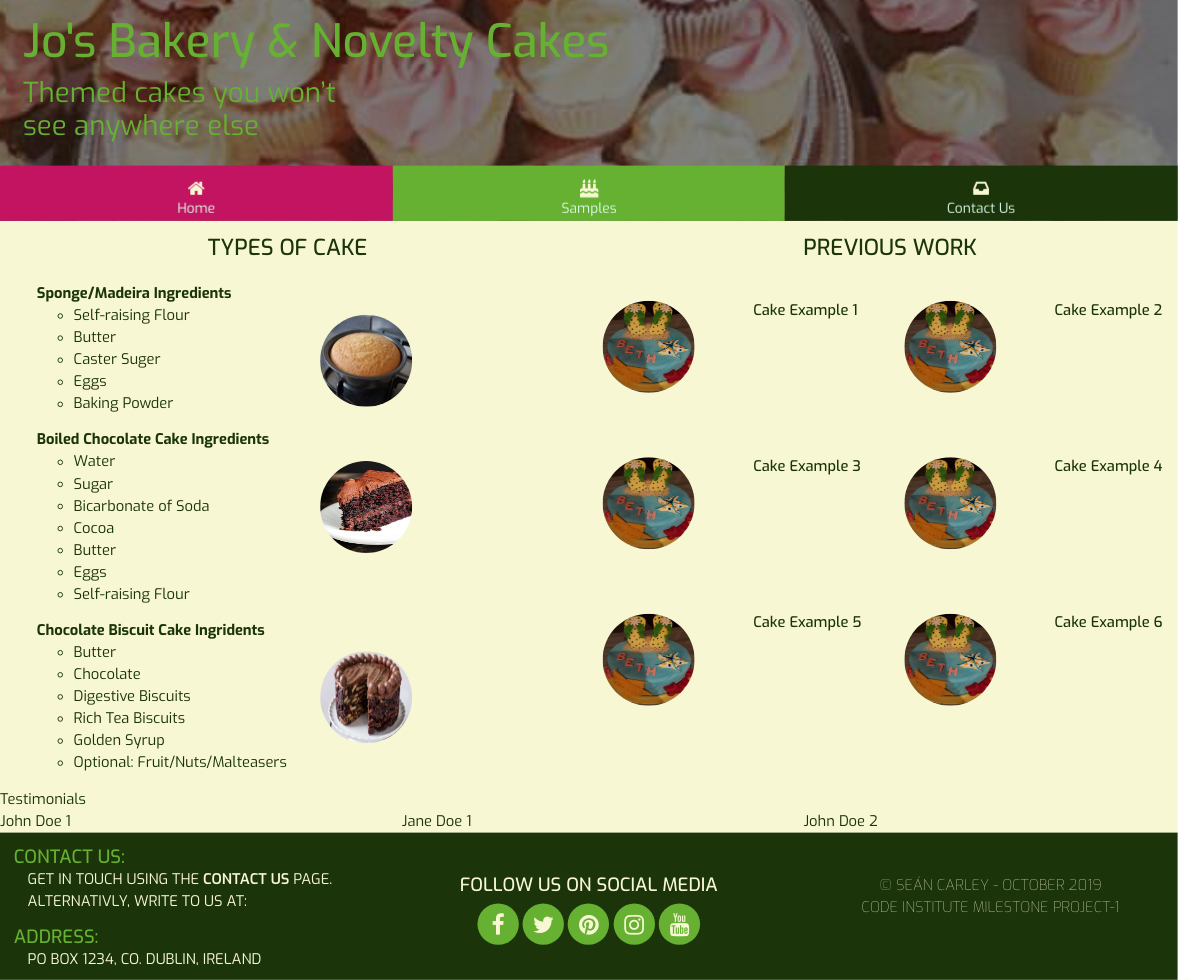
Repository: seanjcarley/Milestone1
Page: showcase.html
The author's editor kept a record of every edit. The page is drawn from the files as they stood at one moment, then again after the next edit.
The browser window is 1280 px wide. The page is 1295 px wide, so the pictures cover 1295 px, including what lies to the right of the window. The pictures show the whole page, at 92% of full size.

Above is the page before.
Console error: TypeError: Cannot read properties of undefined (reading 'fn')

### showcase.html
<!DOCTYPE html>
<html lang="en">

<head>
    <meta charset="UTF-8">
    <meta name="viewport" content="width=device-width, initial-scale=1.0 maximum-scale=1.0">
    <meta http-equiv="X-UA-Compatible" content="ie=edge">
    <link href="https://stackpath.bootstrapcdn.com/bootstrap/4.3.1/css/bootstrap.min.css" rel="stylesheet" integrity="sha384-ggOyR0iXCbMQv3Xipma34MD+dH/1fQ784/j6cY/iJTQUOhcWr7x9JvoRxT2MZw1T" crossorigin="anonymous">
    <script src="https://stackpath.bootstrapcdn.com/bootstrap/4.3.1/js/bootstrap.min.js" integrity="sha384-JjSmVgyd0p3pXB1rRibZUAYoIIy6OrQ6VrjIEaFf/nJGzIxFDsf4x0xIM+B07jRM" crossorigin="anonymous"></script>
    <script src="https://stackpath.bootstrapcdn.com/bootstrap/4.3.1/js/bootstrap.bundle.min.js" integrity="sha384-xrRywqdh3PHs8keKZN+8zzc5TX0GRTLCcmivcbNJWm2rs5C8PRhcEn3czEjhAO9o" crossorigin="anonymous"></script>
    <link href="https://stackpath.bootstrapcdn.com/font-awesome/4.7.0/css/font-awesome.min.css" rel="stylesheet" integrity="sha384-wvfXpqpZZVQGK6TAh5PVlGOfQNHSoD2xbE+QkPxCAFlNEevoEH3Sl0sibVcOQVnN" crossorigin="anonymous">
    <link rel="stylesheet" href="https://cdnjs.cloudflare.com/ajax/libs/hover.css/2.3.1/css/hover-min.css" type="text/css">
    <link rel="stylesheet" href="css/style.css">
    <title>Jo's Bakery and Novelty Cakes</title>
</head>

<body>
    <header class="container-fluid cake-image">
        <div class="opaque-overlay">&nbsp;</div>
        <div class="row no-gutters">
            <div class="col-12 page-header">
                <h1 class="name caps">Jo's Bakery & Novelty Cakes</h1>
                <h2 class="tag-line caps">Themed cakes you won’t<br/>see anywhere else</h2>
            </div>
        </div>
        <div class="row no-gutters">
            <div class="col">
                <ul id="nav" class="list-inline menucontainer">
                    <li class="col col-sm-4 menu-item-color-home list-inline-item menuitem">
                        <a class="hvr-sweep-to-right" href="index.html"><i class="fa fa-home" aria-hidden="true"></i><span>Home</span></a>
                    </li>
                    <li class="col col-sm-4 menu-item-color-samples list-inline-item menuitem">
                        <a class="hvr-sweep-to-right" href="showcase.html"><i class="fa fa-birthday-cake" aria-hidden="true"></i><span>Samples</span></a>
                    </li>
                    <li class="col col-sm-4 menu-item-color-contact list-inline-item menuitem">
                        <a class="hvr-sweep-to-right" href="contact.html"><i class="fa fa-inbox" aria-hidden="true"></i><span>Contact Us</span></a>
                    </li>
                </ul>
            </div>
        </div>
    </header>
    <section class="section-color">
        <div class="row">
            <div class="col-md-6 cake-types">
                <h4 class="types-header">Types of Cake</h4>
                <a href="#sponge" class="list-header mobile" data-toggle="modal">
                    Sponge/Madeira
                    <img src="images/sponge_maderia_cake.jpg" alt="Sponge-Cake" class="rounded-circle mr-3 mobile" height=100 width=100>
                </a>
                <a href="#boiled" class="list-header mobile" data-toggle="modal">
                    Boiled Chocolate Cake
                    <img src="images/boiled_choc_cake.jpg" alt="Boiled-Choc-Cake" class="rounded-circle mr-3 mobile" height=100 width=100>
                </a>
                <a href="#biscuit" class="list-header mobile" data-toggle="modal">
                    Chocolate Biscuit Cake
                    <img src="images/Choc_biscuit_cake.jpg" alt="Choc-Biscuit-Cake" class="rounded-circle mr-3 mobile" height=100 width=100>
                </a>
                <ul class="outer-list">
                    <li>
                        <div class="row list-row">
                            <div class="col-sm-6">
                                <a href="#sponge" class="list-header desktop" data-toggle="modal">Sponge/Madeira Ingredients</a>
                                <!--<button type="button" class="btn btn-primary" data-toggle="modal" data-target="#sponge">Sponge/Madeira Ingredients</button>-->
                                <ul class="desktop">
                                    <li>Self-raising Flour</li>
                                    <li>Butter</li>
                                    <li>Caster Suger</li>
                                    <li>Eggs</li>
                                    <li>Baking Powder</li>
                                </ul>
                            </div>
                            <div class="col-sm-6 type-image">
                                <img src="images/sponge_maderia_cake.jpg" alt="Sponge-Cake" class="rounded-circle mr-3 desktop" height=100 width=100>
                            </div>
                        </div>
                    </li>
                    <li>
                        <div class="row list-row">
                            <div class="col-sm-6">
                                <a href="#boiled" class="list-header desktop" data-toggle="modal">Boiled Chocolate Cake Ingredients</a>
                                <!--<button type="button" class="btn btn-secondary" data-toggle="modal" data-target="#boiled">Boiled Chocolate Cake Ingredients</button>-->
                                <ul class="desktop">
                                    <li>Water</li>
                                    <li>Sugar</li>
                                    <li>Bicarbonate of Soda</li>
                                    <li>Cocoa</li>
                                    <li>Butter</li>
                                    <li>Eggs</li>
                                    <li>Self-raising Flour</li>
                                </ul>
                            </div>
                            <div class="col-sm-6 type-image">
                                <img src="images/boiled_choc_cake.jpg" alt="Boiled-Choc-Cake" class="rounded-circle mr-3 desktop" height=100 width=100>
                            </div>
                        </div>
                    </li>
                    <li>
                        <div class="row list-row">
                            <div class="col-sm-6">
                                <a href="#biscuit" class="list-header desktop" data-toggle="modal">Chocolate Biscuit Cake Ingridents</a>
                                <!--<button type="button" class="btn btn-primary" data-toggle="modal" data-target="#biscuit">Chocolate Biscuit Cake Ingridents</button>-->
                                <ul class="desktop">
                                    <li>Butter</li>
                                    <li>Chocolate</li>
                                    <li>Digestive Biscuits</li>
                                    <li>Rich Tea Biscuits</li>
                                    <li>Golden Syrup</li>
                                    <li>Optional: Fruit/Nuts/Malteasers</li>
                                </ul>
                            </div>
                            <div class="col-sm-6 type-image">
                                <img src="images/Choc_biscuit_cake.jpg" alt="Choc-Biscuit-Cake" class="rounded-circle mr-3 desktop" height=100 width=100>
                            </div>
                        </div>
                    </li>
                </ul>
                </div>
                <div class="col-md-6 cake-images">
                    <div class="row">
                        <div class="col">
                            <!--Images-->
                            <h4 class="types-header">Previous Work</h4>
                        </div>
                    </div>
                    <div class="row cakes-prev">
                        <div class="col-md-3">
                            <img src="images/Kids-Bday-1.jpg" alt="Beach Cake" class="rounded-circle mr-3" height=100 width=100>
                        </div>
                        <div class="col-md-3">
                            <h6>Cake Example 1</h6>
                        </div>
                        <div class="col-md-3">
                            <img src="images/Kids-Bday-1.jpg" alt="Beach Cake" class="rounded-circle mr-3" height=100 width=100>
                        </div>
                        <div class="col-md-3">
                            <h6>Cake Example 2</h6>
                        </div>
                    </div>
                    <div class="row cakes-prev">
                        <div class="col-md-3">
                            <img src="images/Kids-Bday-1.jpg" alt="Beach Cake" class="rounded-circle mr-3" height=100 width=100>
                        </div>
                        <div class="col-md-3">
                            <h6>Cake Example 3</h6>
                        </div>
                        <div class="col-md-3">
                            <img src="images/Kids-Bday-1.jpg" alt="Beach Cake" class="rounded-circle mr-3" height=100 width=100>
                        </div>
                        <div class="col-md-3">
                            <h6>Cake Example 4</h6>
                        </div>
                    </div>
                    <div class="row cakes-prev">
                        <div class="col-md-3">
                            <img src="images/Kids-Bday-1.jpg" alt="Beach Cake" class="rounded-circle mr-3" height=100 width=100>
                        </div>
                        <div class="col-md-3">
                            <h6>Cake Example 5</h6>
                        </div>
                        <div class="col-md-3">
                            <img src="images/Kids-Bday-1.jpg" alt="Beach Cake" class="rounded-circle mr-3" height=100 width=100>
                        </div>
                        <div class="col-md-3">
                            <h6>Cake Example 6</h6>
                        </div>
                    </div>
                </div>
                </div>
                <div class="row">
                    <div class="col">Testimonials</div>
                </div>
                <div class="row">
                    <div class="col-md-4">
                        John Doe 1
                    </div>
                    <div class="col-md-4">
                        Jane Doe 1
                    </div>
                    <div class="col-md-4">
                        John Doe 2
                    </div>
                </div>
    </section>
    <footer class="footer-color">
        <div class="row">
            <div class="col-md-4">
                <!--<h1>FOOTER1</h1>-->
                <h5 class="footer-h5 uppercase">Contact us: </h5>
                <p class="footer-text uppercase">Get in touch using the <a href="contact.html"><span class="bold">Contact us</span></a> page. Alternativly, write to us at:</p>
                <h5 class="footer-h5 uppercase">Address: </h5>
                <p class="footer-address uppercase">
                    PO Box 1234,
                    <!--<br/>-->
                    Co. Dublin,
                    <!--<br/>-->
                    Ireland
                </p>
            </div>
            <div class="col-md-4 social">
                <!--<h1>FOOTER2</h1>-->
                <h5 class="uppercase">Follow us on Social Media</h5>
                <ul class="list-inline social-icons">
                    <li class="list-inline-item socialitem">
                        <a target="_blank" href="#">
                            <i class="fa fa-facebook" aria-hidden="true"></i>
                            <span class="sr-only">Facebook</span> <!-- This will be read by a screen reader. It does not show on the page -->
                        </a>
                    </li>
                    <li class="list-inline-item socialitem">
                        <a target="_blank" href="#">
                            <i class="fa fa-twitter" aria-hidden="true"></i>
                            <span class="sr-only">Twitter</span> <!-- This will be read by a screen reader. It does not show on the page -->
                        </a>
                    </li>
                    <!--<li class="list-inline-item socialitem">
                        <a target="_blank" href="#">
                            <i class="fa fa-linkedin" aria-hidden="true"></i>
                            <span class="sr-only">LinkedIn</span>
                        </a>
                    </li>-->
                    <li class="list-inline-item socialitem">
                        <a target="_blank" href="#">
                            <i class="fa fa-pinterest" aria-hidden="true"></i>
                            <span class="sr-only">Pinterest</span> <!-- This will be read by a screen reader. It does not show on the page -->
                        </a>
                    </li>
                    <li class="list-inline-item socialitem">
                        <a target="_blank" href="#">
                            <i class="fa fa-instagram" aria-hidden="true"></i>
                            <span class="sr-only">Instagram</span> <!-- This will be read by a screen reader. It does not show on the page -->
                        </a>
                    </li>
                    <li class="list-inline-item socialitem">
                        <a target="_blank" href="#">
                            <i class="fa fa-youtube" aria-hidden="true"></i>
                            <span class="sr-only">YouTube</span> <!-- This will be read by a screen reader. It does not show on the page -->
                        </a>
                    </li>
                </ul>
            </div>
            <div class="col-md-4 copyrite uppercase">
                <!--<h1>FOOTER3</h1>-->
                &copy; Seán Carley - October 2019
                <br/> Code Institute Milestone Project-1
            </div>
        </div>
    </footer>
    <div class="modal" tabindex="-1" role="dialog" id="sponge">
        <div class="modal-dialog" role="document">
            <div class="modal-content">
                <div class="modal-header">
                    <h5 class="modal-title">Sponge/Madeira</h5>
                    <button type="button" class="close" data-dismiss="modal" aria-label="Close">
                        <span aria-hidden="true">&times;</span>
                    </button>
                </div>
                <div class="modal-body">
                    <ul class="mobile-modal">
                        <li>Self-raising Flour</li>
                        <li>Butter</li>
                        <li>Caster Suger</li>
                        <li>Eggs</li>
                        <li>Baking Powder</li>
                    </ul>
                    <ol>
                        <li>Preheat the oven to 180 degrees C / gas mark 4.</li>
                        <li>Measure all the ingredients into a large bowl.</li>
                        <li>Mix all of the ingredients using a electric whisk.</li>
                        <li>Pour the mixture into 2 non-stick 7 inch (18cm) tins.</li>
                        <li>Place them in the oven till golden brown 15-25 minutes.</li>
                        <li>Cool on a wire rack before serving.</li>
                    </ol>
                </div>
            </div>
        </div>
    </div>
    <div class="modal" tabindex="-1" role="dialog" id="boiled">
        <div class="modal-dialog" role="document">
            <div class="modal-content">
                <div class="modal-header">
                    <h5 class="modal-title">Boiled Chocolate Cake</h5>
                    <button type="button" class="close" data-dismiss="modal" aria-label="Close">
                        <span aria-hidden="true">&times;</span>
                    </button>
                </div>
                <div class="modal-body">
                    <ul class="mobile-modal">
                        <li>Water</li>
                        <li>Sugar</li>
                        <li>Bicarbonate of Soda</li>
                        <li>Cocoa</li>
                        <li>Butter</li>
                        <li>Eggs</li>
                        <li>Self-raising Flour</li>
                    </ul>
                    <ol>
                        <li>Place first five ingredients into a large saucepan.</li>
                        <li>Bring to the boil and simmer for 3 minutes.</li>
                        <li>Allow to cool slightly.</li>
                        <li>Add eggs and flour, and stir well.</li>
                        <li>Pour into a greased 20 cm cake pan.</li>
                        <li>Bake at 180C for 50 minutes.</li>
                        <li>Ice when cool if desired.</li>
                    </ol>
                </div>
            </div>
        </div>
    </div>
    <div class="modal bd-example-modal-sm" tabindex="-1" role="dialog" id="biscuit">
        <div class="modal-dialog" role="document">
            <div class="modal-content">
                <div class="modal-header">
                    <h5 class="modal-title">Chocolate Biscuit Cake</h5>
                    <button type="button" class="close" data-dismiss="modal" aria-label="Close">
                        <span aria-hidden="true">&times;</span>
                    </button>
                </div>
                <div class="modal-body">
                    <ul class="mobile-modal">
                        <li>Butter</li>
                        <li>Chocolate</li>
                        <li>Digestive Biscuits</li>
                        <li>Rich Tea Biscuits</li>
                        <li>Golden Syrup</li>
                        <li>Optional: Fruit/Nuts/Malteasers</li>
                    </ul>
                    <ol>
                        <li>Line a 15cms/6" round cake tin or a 2lb loaf tin with a double layer of greaseproof paper.</li>
                        <li>Melt the butter, syrup and chocolate in a pan over a low heat. Stir to make sure all the ingredients are well mixed together.</li>
                        <li>Add the biscuits, maltesers and fruit and nuts, if used. Stir well.</li>
                        <li>Transfer to prepared tin. Level it on top and press down well to avoid air gaps. Allow to get cold and hard. Wrap completely in greaseproof paper and store in a fridge.</li>
                    </ol>
                </div>
            </div>
        </div>
    </div>
    <script src="https://code.jquery.com/jquery-3.3.1.slim.min.js" integrity="sha384-q8i/X+965DzO0rT7abK41JStQIAqVgRVzpbzo5smXKp4YfRvH+8abtTE1Pi6jizo" crossorigin="anonymous"></script>
    <script src="https://cdnjs.cloudflare.com/ajax/libs/popper.js/1.14.7/umd/popper.min.js" integrity="sha384-UO2eT0CpHqdSJQ6hJty5KVphtPhzWj9WO1clHTMGa3JDZwrnQq4sF86dIHNDz0W1" crossorigin="anonymous"></script>
    <script src="https://stackpath.bootstrapcdn.com/bootstrap/4.3.1/js/bootstrap.min.js" integrity="sha384-JjSmVgyd0p3pXB1rRibZUAYoIIy6OrQ6VrjIEaFf/nJGzIxFDsf4x0xIM+B07jRM" crossorigin="anonymous"></script>
</body>

</html>

Loaded but not shown: css/style.css (462 lines, source omitted)

After the next edit:
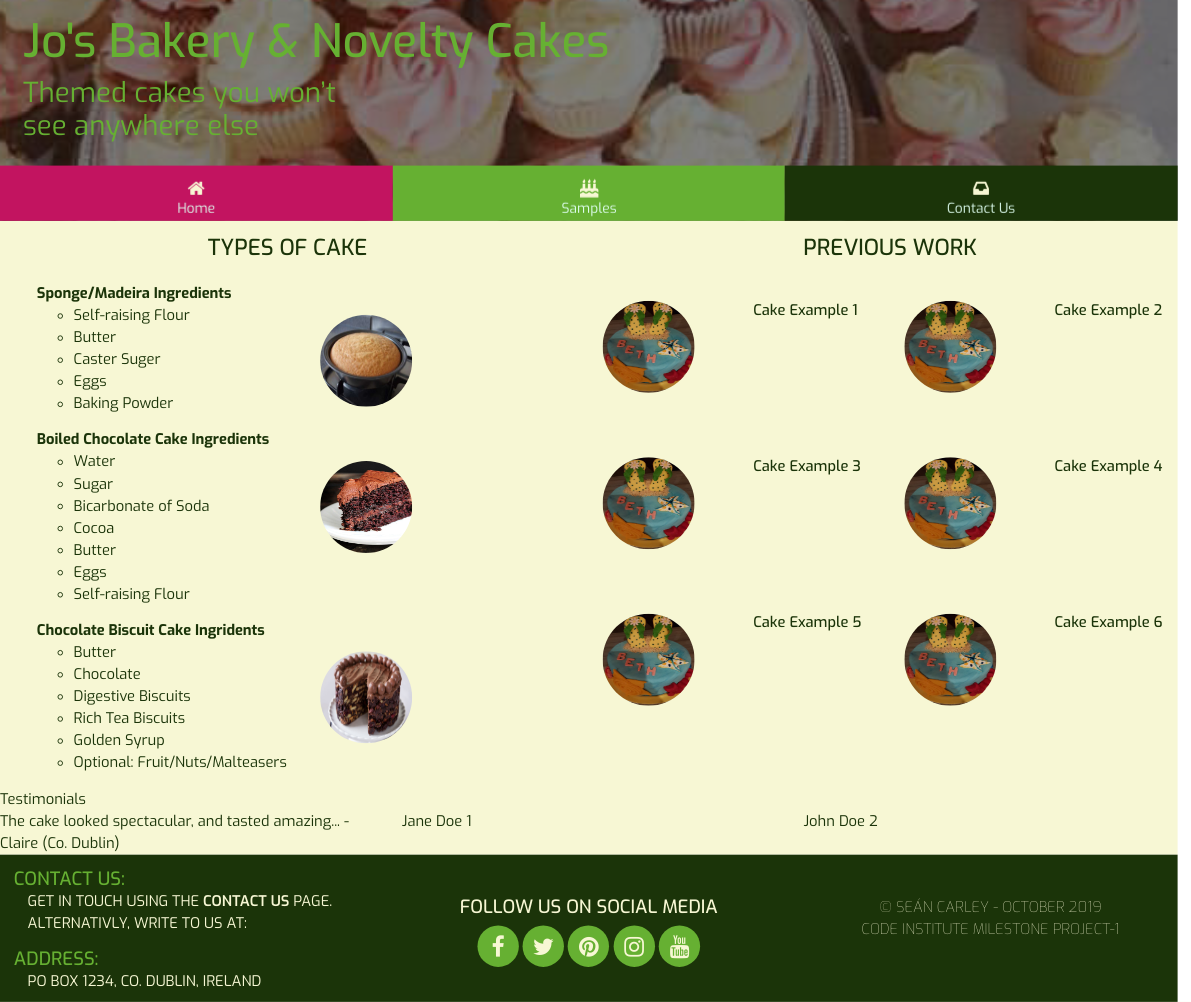
The edit:
--- a/showcase.html
+++ b/showcase.html
@@ -171,7 +171,7 @@
                 </div>
                 <div class="row">
                     <div class="col-md-4">
-                        John Doe 1
+                        The cake looked spectacular, and tasted amazing... - Claire (Co. Dublin)
                     </div>
                     <div class="col-md-4">
                         Jane Doe 1
